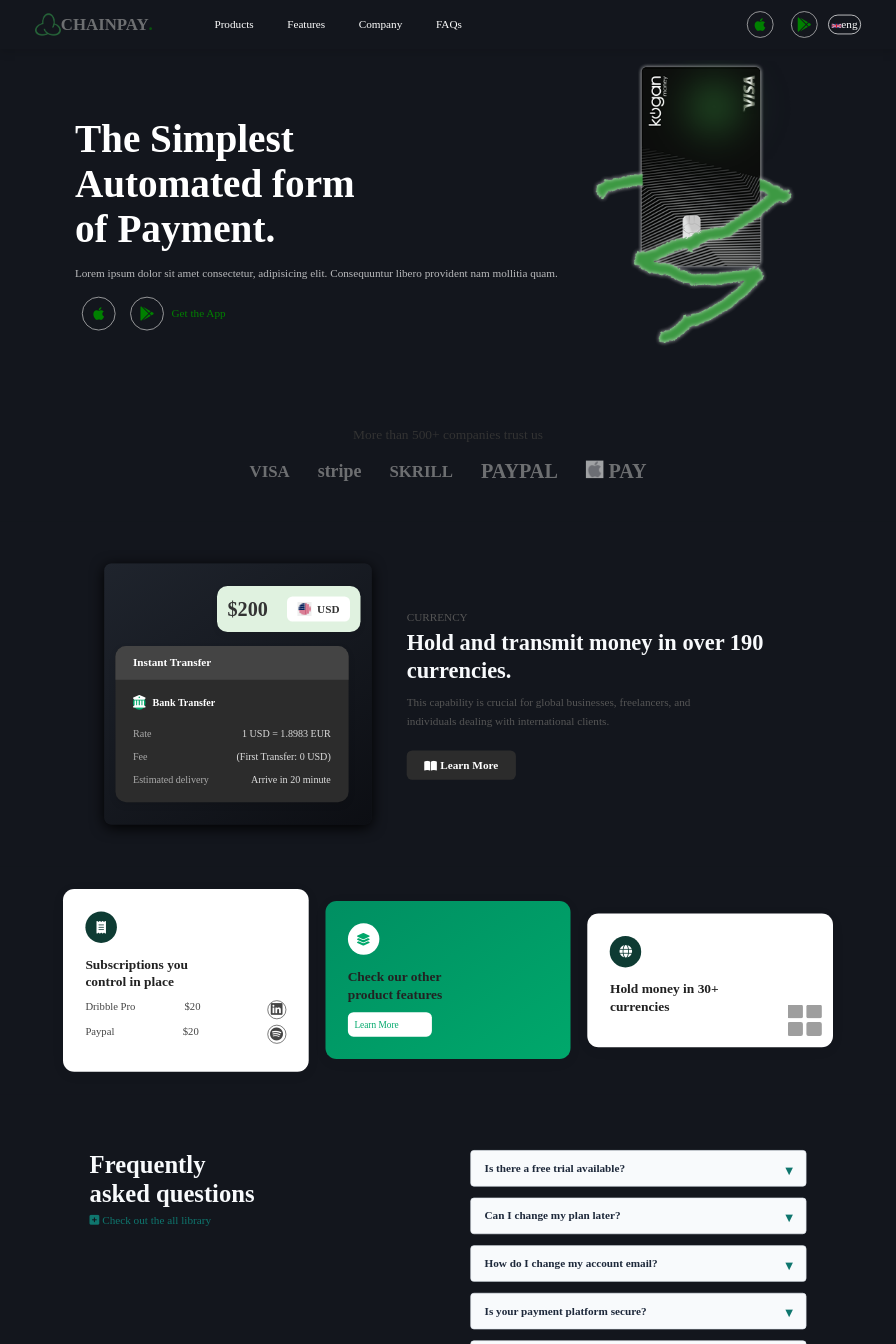
Repository: Austinokezie/Fintech-landing-page
Page: Chainpay.html
An editor plug-in stored every save of this project. The page is shown before and after the next save, followed by the edit.
The browser window is 1280 px wide. The pictures show the part of the page from y = 0 to 1920 px (the page is 3010 px tall before and 3016 px after), at 70% of full size.
Pictures or frames that could not be fetched are drawn as grey boxes. Some web libraries are served in a nearby version.

Above is the page before, as saved 2025-10-17 19:15:28.

### Chainpay.html
<!DOCTYPE html>
<html lang="en">
<head>
    <meta charset="UTF-8">
    <meta name="viewport" content="width=device-width, initial-scale=1.0">
    <title>Chainpay</title>
    <link rel="stylesheet" href="./Chainpay.css">
    <script src="https://kit.fontawesome.com/988c5ad863.js" crossorigin="anonymous"></script>
</head>
<body>
    <nav>
        <div class="left">
            <div class="logo">
                <img src="./images/logo.png" alt="logo image">

                <span>Chainpay</span><span class="dot">.</span>

            </div>
            <ul class="links">
                <a href="#" id="close"><img src="./images/icons8-close-48.png" alt=""></a>
                <li class="link">Products</li>
                <li class="link">Features</li>
                <li class="link">Company</li>
                <li class="link">FAQs</li>

            </ul>
        </div>

        <div class="btn">
            <i class="fa-brands fa-apple"></i>
            <i class="fa-brands fa-google-play"></i>
            <div class="flag">
                <a href=""><img src="./images/Flag_of_the_United_Kingdom_(1-2).svg.png" alt="flag"><span>eng</span></a>


            </div>

        </div>
        <a href="#" id="fa-bars"  ><img src="./images/icons8-bars-100.png" alt=""></i></a>
    </nav>
    <main>
        <div class="introsection">
            <h1>
                <p>The Simplest</p>
                <p>Automated form</p>
                <p>of Payment.</p>
            </h1>
            <p class="describe">Lorem ipsum dolor sit amet consectetur, adipisicing elit. Consequuntur libero provident nam mollitia quam.</p>
            <div class="btnicons">
                <i class="fa-brands fa-apple"></i>
                <i class="fa-brands fa-google-play"></i>
                <a href="#">Get the App</a>
            </div>
            <!-- <div>
                <button class="btn"> Get Started</button>
                <button class="btn"> Discover More</button>
            </div> -->
        </div>
        <div class="imagesection">
            <img src="./images/card.png" alt="">
        </div>
    </main>
   <section class="trust-section">
      <p class="trust-statement">More than 500+ companies trust us</p>
       <div class="payment-logos">
          <span class="logo visa">VISA</span>
          <span class="logo stripe">stripe</span>
          <span class="logo skrill">Skrill</span>
          <span class="logo paypal">PayPal</span>
          <span class="logo apple-pay"><img src="./images/Apple logo.jpg" alt=""> Pay</span>
        </div>
   </section>
    <section class="currency-feature-section">
            <div class="demo-section">
                <div class="input-card">
                    <span class="amount">$200</span>
                        <div class="currency-selector">
                            <img src="./images/USA FLAG2.jpeg" alt="US Flag" class="flag-icon">
                             <span class="currency-code">USD</span>

                        </div>
                </div>

                <div class="transfer-details-card">
                      <div class="card-header">
                         <span class="header-text">Instant Transfer</span>
                       </div>
                    <div class="transfer-info">
                        <div class="info-line bank-transfer">
                          <span class="icon "><i class="fa-solid fa-building-columns bank-icon"></i></span>
                         <span class="text">Bank Transfer</span>
                       </div>
                       <div class="info-line detail-row">
                          <span class="label">Rate</span>
                          <span class="value">1 USD = 1.8983 EUR</span>
                       </div>
                        <div class="info-line detail-row">
                          <span class="label">Fee</span>
                          <span class="value">(First Transfer: 0 USD)</span>
                       </div>
                       <div class="info-line detail-row">
                          <span class="label">Estimated delivery</span>
                         <span class="value">Arrive in 20 minute</span>
                        </div>
                   </div>
               </div>
            </div>

        <div class="content-section">
               <p class="tagline">Currency</p>
               <h2 class="headline">Hold and transmit money in over 190 currencies.</h2>
               <p class="description">This capability is crucial for global businesses, freelancers, and individuals dealing with international clients.</p>
               <button class="cta-button">
                  <span class="icon learn-icon"><i class="fa-solid fa-book-open"></i></span>
                   Learn More
               </button>
        </div>
    </section>

    <section class="features">
          <div class="card">
               <div class="card-icon">
                 <i class="fa-solid fa-receipt"></i>
                </div>
                <h3>Subscriptions you <br>control in place</br></h3>

                <div class="card-footer">
                   <div class="item">
                      <span class="text">Dribble Pro</span>
                       <span class="amt">$20</span>
                       <span>
                            <i class="fa-brands fa-linkedin"></i>
                        </span>
                  </div>
                  <div class="item">
                      <span class="text">Paypal</span>
                      <span class="paypal-amt">$20</span>
                      <span>
                          <i class="fa-brands fa-spotify"></i>
                      </span>
                   </div>
               </div>
           </div>

           <div class="card active">
               <div class="card-icon">
                  <i class="fa-solid fa-layer-group"></i>
                </div>
                <h3>Check our other<br>product features</br></h3>

                <button class="learn-more">
                  Learn More
               </button>
            </div>

           <div class="card">
               <div class="card-icon">
                 <i class="fa-solid fa-globe"></i>
               </div>
               <h3>Hold money in 30+ <br>currencies</br></h3>

               <div class="flag-icons">
                  <img src="https://flagcdn.com/w40/gb.png" alt="UK">
                  <img src="https://flagcdn.com/w40/us.png" alt="US">
                  <img src="https://flagcdn.com/w40/ca.png" alt="Canada">
                  <img src="https://flagcdn.com/w40/eu.png" alt="EU">
              </div>
           </div>
    </section>
    <section class="faq-section">

                <div class="faq-header">
                   <h1>Frequently</h1>
                   <h1>asked questions</h1>
                   <p><i class="fas fa-plus-square"></i> Check out the all library</p>
               </div>
                <div class="faq-content">

                   <details class="qa-item">
                      <summary class="question">Is there a free trial available?</summary>
                      <p class="answer">Our user friendly dashboard provides an overview...</p>
                  </details>

                   <details class="qa-item">
                      <summary class="question">Can I change my plan later?</summary>
                      <p class="answer">Yes, you can upgrade, downgrade, or change your plan at any time through your dashboard settings. Changes are effective immediately or at the start of your next billing cycle, depending on the modification.</p>
                  </details>

                  <details class="qa-item">
                     <summary class="question">How do I change my account email?</summary>
                     <p class="answer">You can update your registered email address in the 'Account Settings' section of your profile. For security, you may need to confirm the change via a verification link sent to both the old and new email addresses.</p>
                  </details>

                   <details class="qa-item">
                      <summary class="question">Is your payment platform secure?</summary>
                      <p class="answer">Absolutely. We use industry-leading encryption and partner with certified payment processors (e.g., Stripe, PayPal) to ensure all your transaction details are handled securely and are PCI compliant.</p>
                   </details>

                   <details class="qa-item">
                       <summary class="question">Can other info added to an invoice?</summary>
                      <p class="answer">Yes, you can specify custom information, such as a PO number, VAT ID, or project reference, to be included on your invoices. This can typically be managed in your billing preferences.</p>
                   </details>

                  <details class="qa-item">
                      <summary class="question">How does billing work?</summary>
                      <p class="answer">Billing is handled on a monthly or annual subscription basis, depending on your chosen plan. You will be charged automatically on your renewal date, and invoices are available immediately in your account portal.</p>
                  </details>

                 <details class="qa-item">
                      <summary class="question">What is your cancellation policy?</summary>
                      <p class="answer">You can cancel your subscription at any time. Your service will remain active until the end of the current paid billing period, and you will not be charged again.</p>
                  </details>

                </div>
    </section>
    <section class="currency-feature-section-2">
      <div class="content-section">
          <div class="icon-circle">
              <i class="fas fa-exchange-alt"></i>
           </div>
           <h2>Free transfer anywhere around the world</h2>
           <p>
               Experience the freedom of hassle-free money transfers with our free transfer
             admin finance app. Say goodbye to unnecessary fees and enjoy.
           </p>
        </div>

       <div class="demo-section-2">
          <!-- <img src="./images/Globe img.jpg" alt="world map" class="map-bg" /> -->
         <div class="exchange-card">
            <div class="exchange-header">
                 <i class="fa-solid fa-arrow-right-arrow-left"></i>
                <span>Money Exchange</span>
            </div>

           <div class="exchange-fields">
               <div class="field">
                  <label for="from">From</label>
                   <input type="text" id="from" placeholder="USD" readonly />
                </div>
                <div class="field">
                   <label for="to">To</label>
                  <input type="text" id="to" placeholder="GBP" readonly />
               </div>
            </div>

            <div class="exchange-rate-section">
               <h4>Exchange Rate</h4>
                   <div class="rate-item">
                      <img src="https://flagcdn.com/w40/vn.png" alt="Vietnam Flag" />
                          <span>Vietnamese Dong</span>
                           <span class="rate">1.34</span>
                   </div>
                   <div class="rate-item">
                      <img src="https://flagcdn.com/w40/fr.png" alt="France Flag" />
                       <span>France</span>
                       <span class="rate">0.29</span>
                   </div>
                   <div class="rate-item">
                      <img src="https://flagcdn.com/w40/us.png" alt="USA Flag" />
                      <span>United States</span>
                      <span class="rate">1.00</span>
                   </div>
            </div>
        </div>


    </div>
    </section>
    <footer class="footer-section">
        <div class="footer-content">

            <div class="footer-top">
                <h2>Keep up with the latest</h2>
                <form class="newsletter-form">
                   <input type="email" placeholder="Enter your email" required />
                    <button type="submit">Try for Free</button>
                </form>
           </div>

            <div class="footer-bottom">
                <div class="footer-left">
                    <div class="brand">
                      <img src="./images/logo.png" alt="ChainPay logo" class="chainpay-logo" />
                        <p>ChainPay</p>
                   </div>
                   <p class="footer-subtext">
                     Join our newsletter to stay up to date on financial reforms and updates through our website.
                    </p>

                   <div class="social-icons">
                      <a href="#"><i class="fab fa-linkedin"></i></a>
                      <a href="#"><i class="fab fa-x-twitter"></i></a>
                      <a href="#"><i class="fab fa-facebook"></i></a>
                    </div>
               </div>

               <div class="footer-right">
                  <div class="footer-links">
                      <div>
                          <h4>Home</h4>
                           <ul>
                             <li><a href="#">About Us</a></li>
                             <li><a href="#">Personal</a></li>
                             <li><a href="#">Business</a></li>
                            </ul>
                       </div>
                       <div>
                           <h4>Features</h4>
                            <ul>
                              <li><a href="#">Get Started</a></li>
                              <li><a href="#">Privacy Policy</a></li>
                            </ul>
                       </div>
                       <div>
                          <h4>Social Media</h4>
                           <ul>
                              <li><a href="#">Instagram</a></li>
                              <li><a href="#">LinkedIn</a></li>
                           </ul>
                       </div>
                   </div>
               </div>
           </div>

        </div>
    </footer>





  <script src="./script.js"></script>
</body>
</html>

Loaded but not shown: script.js (17 lines, source omitted); Chainpay.css (1675 lines, source omitted)

After the next save:
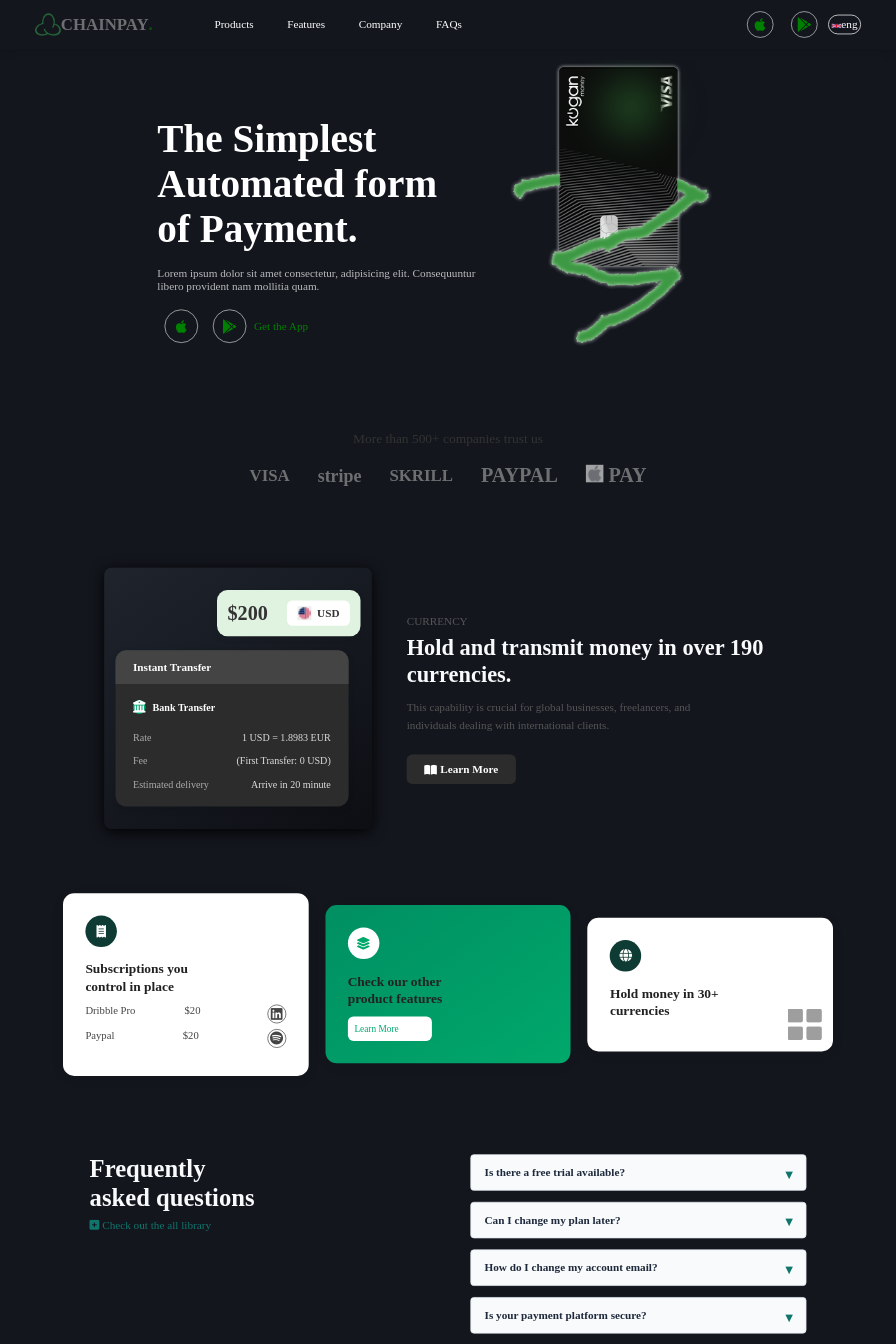
Saved 71 s later.
--- a/Chainpay.html
+++ b/Chainpay.html
@@ -45,7 +45,8 @@
                 <p>Automated form</p>
                 <p>of Payment.</p>
             </h1>
-            <p class="describe">Lorem ipsum dolor sit amet consectetur, adipisicing elit. Consequuntur libero provident nam mollitia quam.</p>
+            <p class="describe">Lorem ipsum dolor sit amet consectetur, adipisicing elit. Consequuntur <br>
+                libero provident nam mollitia quam.</p>
             <div class="btnicons">
                 <i class="fa-brands fa-apple"></i>
                 <i class="fa-brands fa-google-play"></i>

After the save that followed:
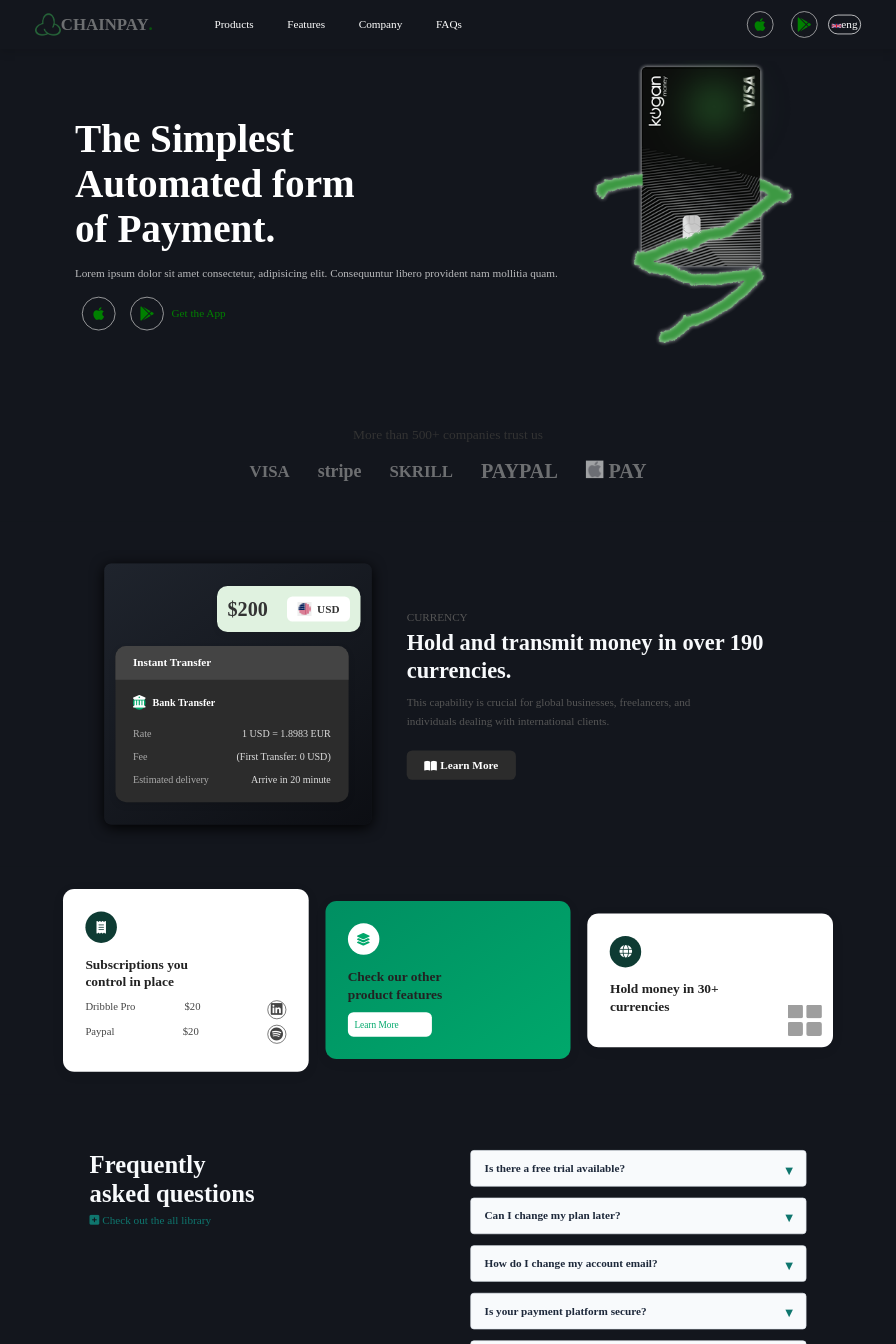
Saved 93 s later.
--- a/Chainpay.html
+++ b/Chainpay.html
@@ -45,8 +45,7 @@
                 <p>Automated form</p>
                 <p>of Payment.</p>
             </h1>
-            <p class="describe">Lorem ipsum dolor sit amet consectetur, adipisicing elit. Consequuntur <br>
-                libero provident nam mollitia quam.</p>
+            <p class="describe">Lorem ipsum dolor sit amet consectetur, adipisicing elit. Consequuntur libero provident nam mollitia quam.</p>
             <div class="btnicons">
                 <i class="fa-brands fa-apple"></i>
                 <i class="fa-brands fa-google-play"></i>
